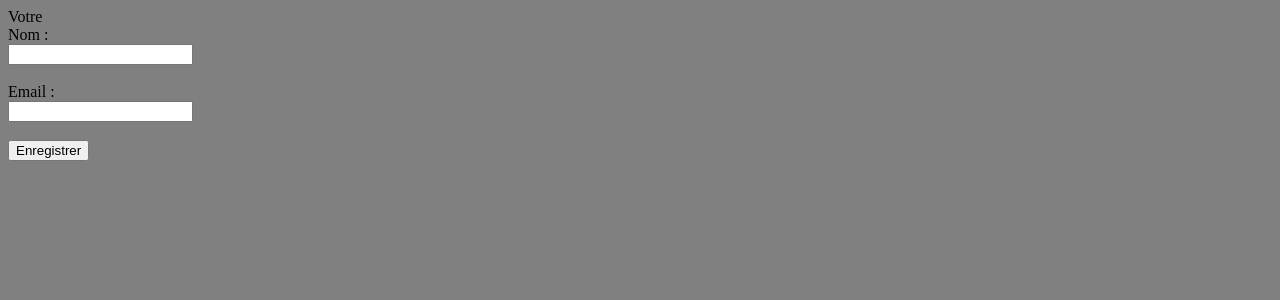
Repository: Haidara-97/TPJEE
Page: http://localhost/AppTest/
These files come from the project's save history. The page is drawn as it stood at one moment and after the next save; the edit follows.
The browser window is 1280 px wide. The pictures show the whole page.
The page is served by Tomcat 9.

Above is the page before, as saved 2025-06-18 11:35:53.

After the next save:
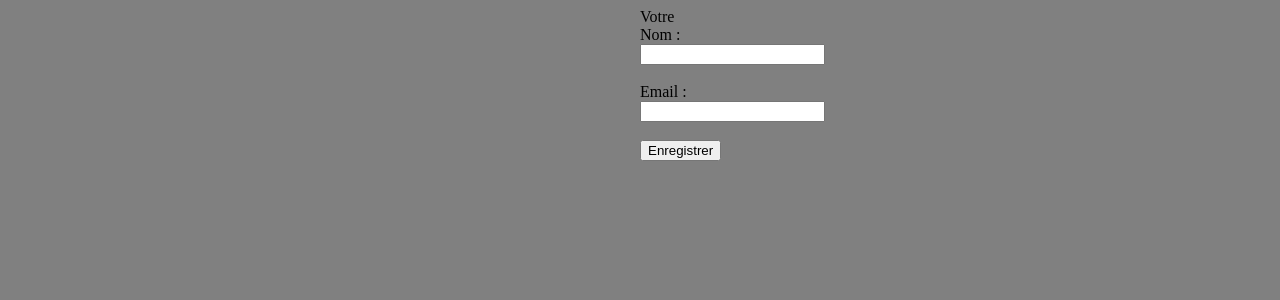
Saved 25 s later.
--- a/AppTest/src/main/webapp/index.jsp
+++ b/AppTest/src/main/webapp/index.jsp
@@ -14,7 +14,7 @@ align-items: center;
 .form{
 width: 60px;
 height: 30px;
-margin-left:50p%;
+margin-left:50%;
 }
 
 </style>
